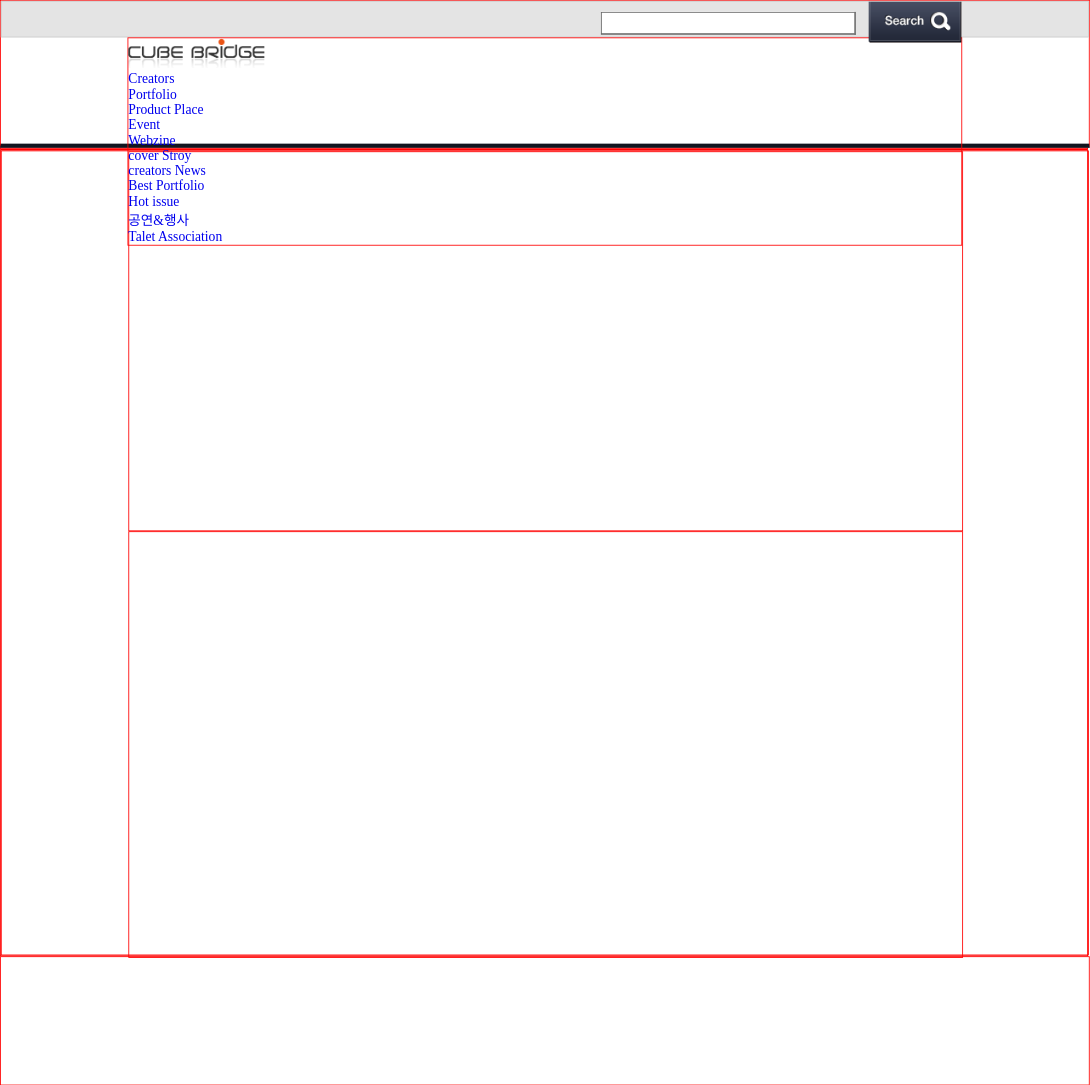
Repository: jungsoon-kim/home_study
Page: study/webzine.html
These files come from the project's save history. The page is drawn as it stood at one moment and after the next save; the edit follows.
The browser window is 1280 px wide. The page is 1282 px wide, so the pictures cover 1282 px, including what lies to the right of the window. The pictures show the whole page, at 85% of full size.

Above is the page before, as saved 2015-09-14 14:51:46.

After the next save:
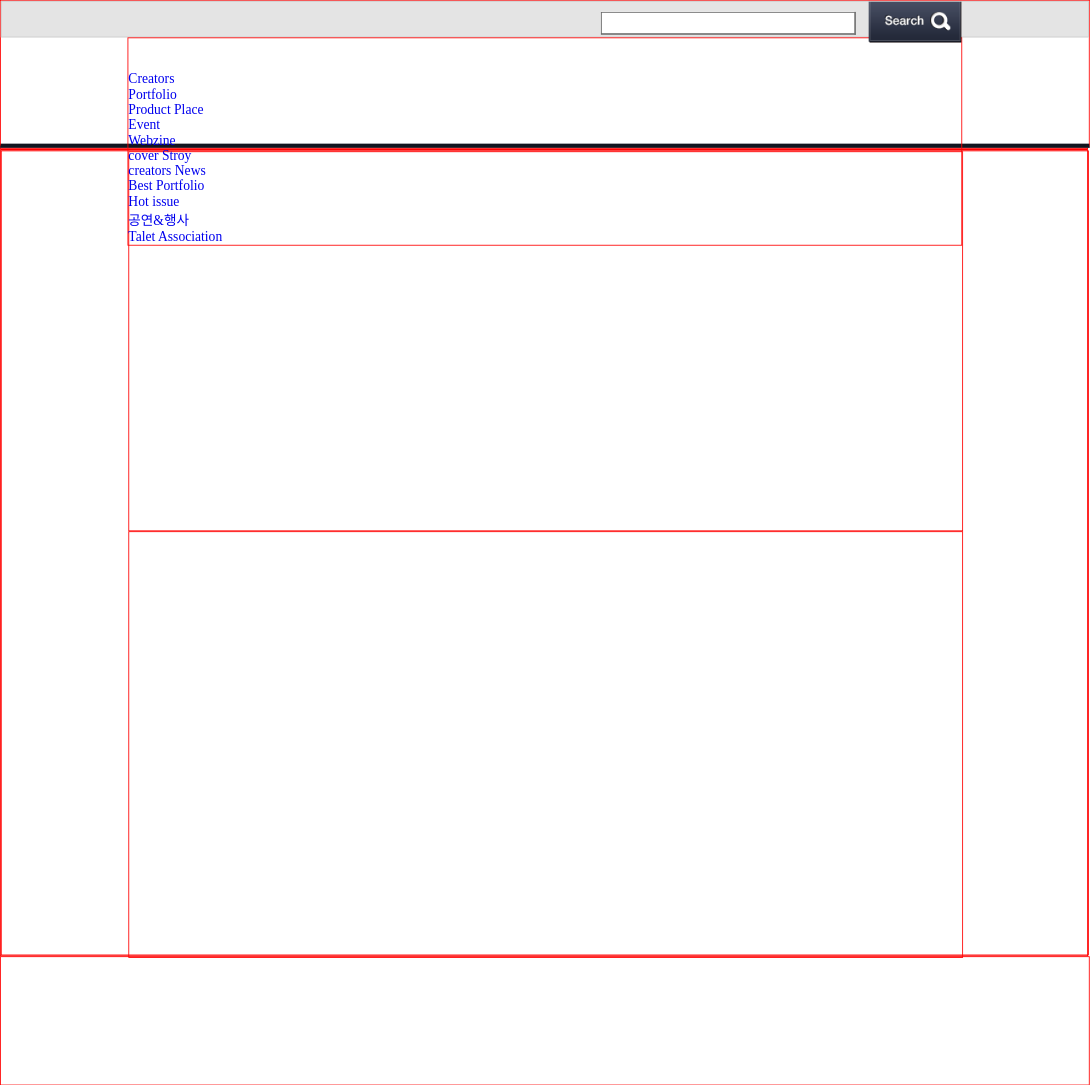
Saved 13 s later.
--- a/study/common.css
+++ b/study/common.css
@@ -23,7 +23,7 @@ fieldset {border:0 none;}
 .header-top .wrap fieldset input[type="text"] {width: 277px; height: 24px; padding:0 10px ;
  border-left: 1px solid #666; border-top: 1px solid #666; margin-right:11px; vertical-align:middle;}
 .header-top .wrap fieldset input[type="submit"] {width: 109px; height: 48px; /*vertical-align:top;*/ border:0 none; background:url(images/search_box.PNG)no-repeat ; text-indent:-9999px;}
-.wrap h1 {display:inline-block; width: 160px; height:35px; background: url(images/cubebridge_logo.PNG)no-repeat; text-indent:-9999px;}
+.wrap h1 {display:inline-block; width: 160px; height:35px; /*background: url(images/cubebridge_logo.PNG)no-repeat;*/ text-indent:-9999px;}
 
 
 
